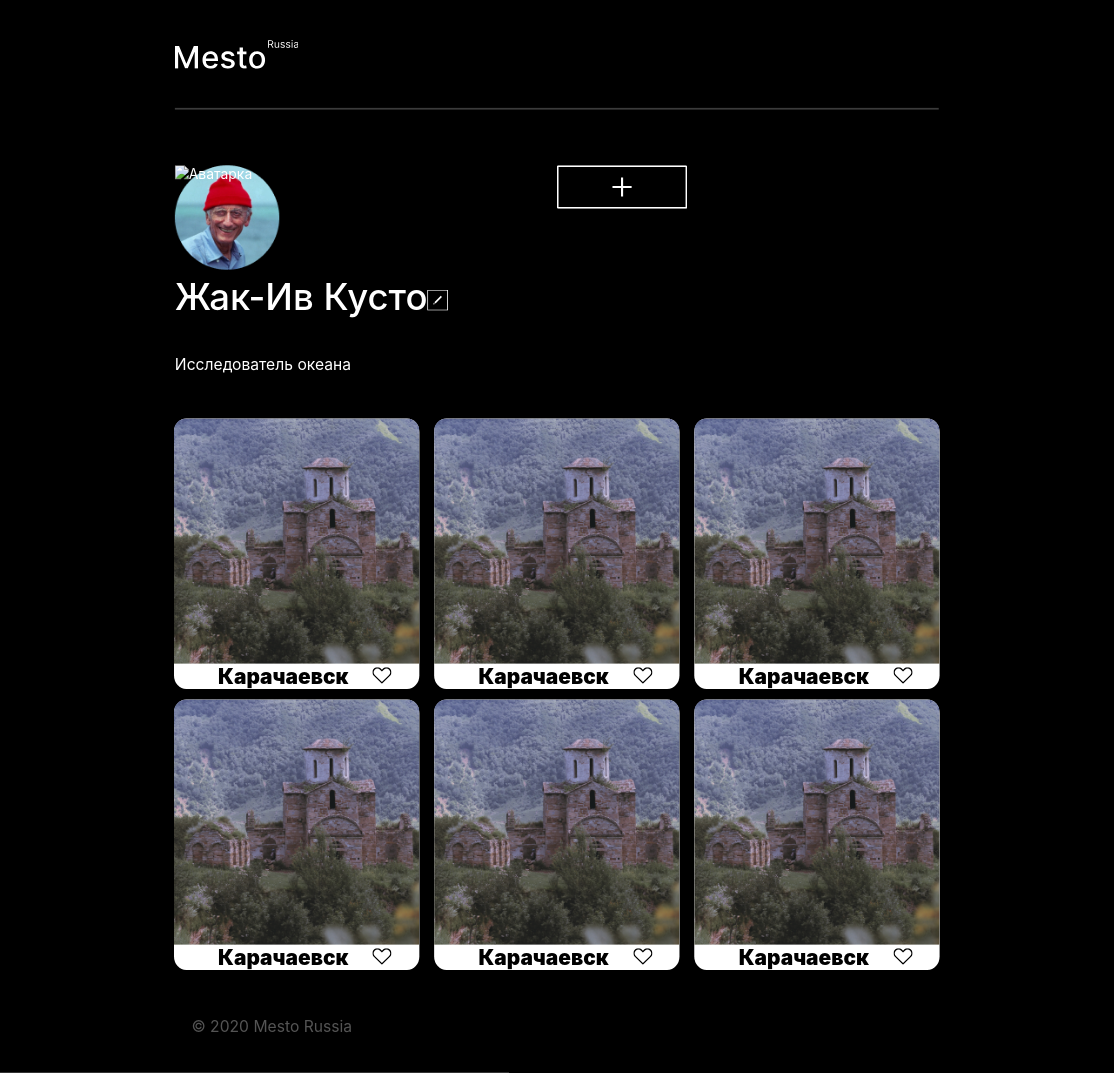
Repository: Ivan2399/mesto-project
Page: index.html
An editor plug-in stored every save of this project. The page is shown before and after the next save, followed by the edit.
The browser window is 1280 px wide. The pictures show the whole page, at 87% of full size.

Above is the page before, as saved 2021-11-16 18:33:48.

### index.html
<!DOCTYPE html>
<html lang="ru">

<head>
    <meta charset="UTF-8">
    <meta http-equiv="X-UA-Compatible" content="IE=edge">
    <meta name="viewport" content="width=device-width, initial-scale=1.0">
    <link rel="stylesheet" href="./pages/index.css" />
    <title>Mesto</title>
</head>

<body class="root">
    <div class="page">
        <header class="header">
            <div class="header__container">
                <img class="header__logo" src="images/logo/Vector.svg" alt="Логотип">
                <div class="header__line"></div>
            </div>
        </header>
        <main class="content">
            <section class="profile profile__container_mobile">

                <div class="profile__container">
                    <img class="profile__avatar" alt="Аватарка">
                    <h2 class="profile__nickname">Жак-Ив Кусто<button class="profile__buttons_type_editig"></button>
                    </h2>
                    <p class="profile__hobbyname">Исследователь океана</p>
                </div>

                <div>
                    <button class="profile__buttons_type_add"></button>
                </div>

            </section>
            <section class="table">
                <div class="table__container table__container_mobile">
                    <div class="table__card">
                        <img class="table__image" src="images/table/Karachaevsk.png" alt="Крепость">
                        <h2 class="table__title">Карачаевск <img class="table__button table__button_active"
                                src="images/buttons/Vector.svg" alt="Лайк"></h2>
                    </div>
                    <div class="table__card">
                        <img class="table__image" src="images/table/Karachaevsk.png" alt="Крепость">
                        <h2 class="table__title">Карачаевск <img class="table__button table__button_active"
                                src="images/buttons/Vector.svg" alt="Лайк"></h2>
                    </div>
                    <div class="table__card">
                        <img class="table__image" src="images/table/Karachaevsk.png" alt="Крепость">
                        <h2 class="table__title">Карачаевск <img class="table__button table__button_active"
                                src="images/buttons/Vector.svg" alt="Лайк"></h2>
                    </div>
                    <div class="table__card">
                        <img class="table__image" src="images/table/Karachaevsk.png" alt="Крепость">
                        <h2 class="table__title">Карачаевск <img class="table__button table__button_active"
                                src="images/buttons/Vector.svg" alt="Лайк"></h2>
                    </div>
                    <div class="table__card">
                        <img class="table__image" src="images/table/Karachaevsk.png" alt="Крепость">
                        <h2 class="table__title">Карачаевск <img class="table__button table__button_active"
                                src="images/buttons/Vector.svg" alt="Лайк"></h2>
                    </div>
                    <div class="table__card">
                        <img class="table__image" src="images/table/Karachaevsk.png" alt="Крепость">
                        <h2 class="table__title">Карачаевск <img class="table__button table__button_active"
                                src="images/buttons/Vector.svg" alt="Лайк"></h2>
                    </div>
                </div>
            </section>
            <section class="footer">
                <h2 class="footer__logo">© 2020 Mesto Russia</h2>
            </section>
        </main>
    </div>
</body>

</html>

### pages/index.css
@import url(../blocks/root/root.css);
@import url(../blocks/page/page.css);
@import url(../blocks/content/content.css);

/* header */

@import url(../blocks/header/header.css);
@import url(../blocks/header/__container/header__container.css);
@import url(../blocks/header/__logo/header__logo.css);
@import url(../blocks/header/__line/header__line.css);

/* profile */

@import url(../blocks/profile/profile.css);
@import url(../blocks/profile/__avatar/profile__avatar.css);
@import url(../blocks/profile/__container/profile__container.css);
@import url(../blocks/profile/__buttons/profile__buttons.css);
@import url(../blocks/profile/__buttons/_type/profile__buttons_type_add.css);
@import url(../blocks/profile/__buttons/_type/profile__buttons_type_editig.css);
@import url(../blocks/profile/__hobbyname/profile__hobbyname.css);
@import url(../blocks/profile/__nickname/profile__nickname.css);
@import url(../blocks/profile/__container/_mobile/profile__container_mobile.css);

/* table */

@import url(../blocks/table/table.css);
@import url(../blocks/table/__button/table__button.css);
@import url(../blocks/table/__card/table__card.css);
@import url(../blocks/table/__container/table__container.css);
@import url(../blocks/table/__image/table__image.css);
@import url(../blocks/table/__title/table__title.css);
@import url(../blocks/table/__container/_mobile/table__container_mobile.css);
@import url(../blocks/table/__button/_active/table__button_active.css);

/* footer */

@import url(../blocks/footer/footer.css);
@import url(../blocks/footer/__logo/footer__logo.css);

### images/buttons/Vector.svg
<svg width="22" height="19" viewBox="0 0 22 19" fill="none" xmlns="http://www.w3.org/2000/svg">
<path d="M20.2991 9.78586C22.567 7.54338 22.567 3.90213 20.2991 1.68186C18.0311 -0.560619 14.3486 -0.560619 12.0806 1.68186L10.9804 2.792L9.88007 1.70406C7.61215 -0.560619 3.92957 -0.560619 1.6841 1.68186C0.583822 2.76979 0 4.21297 0 5.74496C0 7.27695 0.606277 8.72013 1.6841 9.80806L10.9804 19L20.2991 9.78586ZM1.4371 5.74496C1.4371 4.59042 1.8862 3.52469 2.71702 2.72539C3.5703 1.88168 4.67058 1.45983 5.77086 1.45983C6.87114 1.45983 7.97142 1.88168 8.8247 2.72539L10.9804 4.83465L13.136 2.70318C14.8201 1.03798 17.582 1.03798 19.2437 2.70318C20.0521 3.50248 20.5236 4.56821 20.5236 5.72276C20.5236 6.8773 20.0745 7.94303 19.2437 8.74233L10.9804 16.9351L2.71702 8.76453C1.90865 7.94303 1.4371 6.8773 1.4371 5.74496Z" fill="black"/>
</svg>

### blocks/root/root.css
.root{
    margin: 0;
    padding: 0;
    font-family: "Inter";
    color: #FFFFFF;
}
h1,h2,h3,h4,h5,h6,p{
    margin: 0;
    padding: 0;
    font-family: "Inter";
    color: #FFFFFF;
}

### blocks/page/page.css
.page {
  background-color: #000000;
  max-width: 1280px;
  margin: auto;
}

### blocks/header/header.css
.header{
    display: grid;
}

### blocks/header/__container/header__container.css
.header__container {
  margin: 0 15.7% 0 15.7%;
  max-width: 880px;
  width: 68.6%;
}

### blocks/header/__logo/header__logo.css
.header__logo{
    margin: 5.2% 0 4.7% 0;
}
@media screen and (min-width:300px) and (max-width:600px){
    .header__logo{
        width:103.74px;
        height:24.24px;
    }
}

### blocks/header/__line/header__line.css
.header__line{
    border: 1px solid #545454;
    opacity: 0.7;
}

### blocks/profile/profile.css
.profile {
  display: grid;
  margin: 5% 15.7% 0 15.7%;
  max-width: 880px;
  width: 68.6%;
}

### blocks/profile/__avatar/profile__avatar.css
.profile__avatar{
    width:168.75px;
    height:127.5px;
    background-image: url(../../../images/avatar/Avatar.png);
    background-repeat: no-repeat;
}

### blocks/profile/__container/profile__container.css
.profile__container {
  display: flex;
  align-items: center;
  flex-direction: row;
  flex-wrap: wrap;
}

### blocks/profile/__buttons/profile__buttons.css
.profile__buttons{
    display: flex;
    flex-direction: row;
    justify-content: space-between;
    align-items: center;
}

### blocks/profile/__buttons/_type/profile__buttons_type_add.css
.profile__buttons_type_add {
  width: 150px;
  height: 50px;
  background-image: url(../../../../images/buttons/Add\ Button.svg);
  background-color: black;
  border: none;
  background-size: cover;
  background-repeat: no-repeat;

  margin-bottom: 6.7%;
}
.profile__buttons_type_add:hover {
  opacity: 0.6;
  border: 2px solid #ffffff;
  box-sizing: border-box;
  border-radius: 2px;
}

### blocks/profile/__buttons/_type/profile__buttons_type_editig.css
.profile__buttons_type_editig {
  width: 24px;
  height: 24px;
  background-image: url(../../../../images/buttons/Edit\ Button.svg);
  background-color: black;
  border: none;
  background-size: cover;
  background-repeat: no-repeat;
  margin-bottom: 6.7%;
  grid-column: 2;
  grid-row: 1;
}
.profile__buttons_type_editig:hover {
  border: 1px solid #ffffff;
  box-sizing: border-box;
}

### blocks/profile/__hobbyname/profile__hobbyname.css
.profile__hobbyname {
  font-style: normal;
  font-weight: normal;
  font-size: 18px;
  line-height: 22px;
  grid-column: 2;
  padding-top: 6.7%;
}

### blocks/profile/__nickname/profile__nickname.css
.profile__nickname {
  font-style: normal;
  font-weight: 500;
  font-size: 42px;
  line-height: 48px;
}

### blocks/profile/__container/_mobile/profile__container_mobile.css
.profile__container_mobile{
    grid-template-columns: repeat(auto-fit,minmax(200px,1fr));
}

### blocks/table/table.css
.table{
    max-width:880px;
    margin:4% auto 0;
}

### blocks/table/__button/table__button.css
.table__button {
  width: 22px;
  height: 19px;
  /* background-image: url(../../../images/buttons/Vector.svg);
  border: none;
  background-color: white;
  background-size: cover;
  background-repeat: no-repeat; */
  align-self: flex-end;
  margin-left: 10%;
}
.table__button:hover {
  color: #000000;
  opacity: 0.5;
}

### blocks/table/__card/table__card.css
.table__card{
    max-width: 282px;
    background-color: white;

    border-radius: 5%;

    display: flex;
    flex-direction: column;
}

### blocks/table/__container/table__container.css
.table__container{
    display: grid;
    grid-template-columns: repeat(3,1fr);
    gap:2%;
}

### blocks/table/__image/table__image.css
.table__image{
    max-width: 282px;
    max-height: 282px;
    border-radius: 5% 5% 0 0 ;
}

### blocks/table/__title/table__title.css
.table__title {
  max-width: 246px;
  font-style: normal;
  font-weight: 900;
  font-size: 24px;
  line-height: 29px;

  margin-left: 18%;
  color: #000000;
}

### blocks/table/__container/_mobile/table__container_mobile.css
.table__container_mobile{
    grid-template-columns: repeat(auto-fit, minmax(280px, 1fr));
}

### blocks/table/__button/_active/table__button_active.css
.table__button_active:active{
    background-image: url(../../../../images/buttons/Union.png);
    color: black;
}

### blocks/footer/footer.css
.footer{
    max-width: 840px;
    margin: auto;
}

### blocks/footer/__logo/footer__logo.css
.footer__logo {
  font-style: normal;
  font-weight: normal;
  font-size: 18px;
  line-height: 22px;

  color: #545454;
  margin-top: 8%;
  padding-bottom: 5%;
}

Loaded but not shown: blocks/content/content.css (no stored copy; drawn as an empty file)

After the next save:
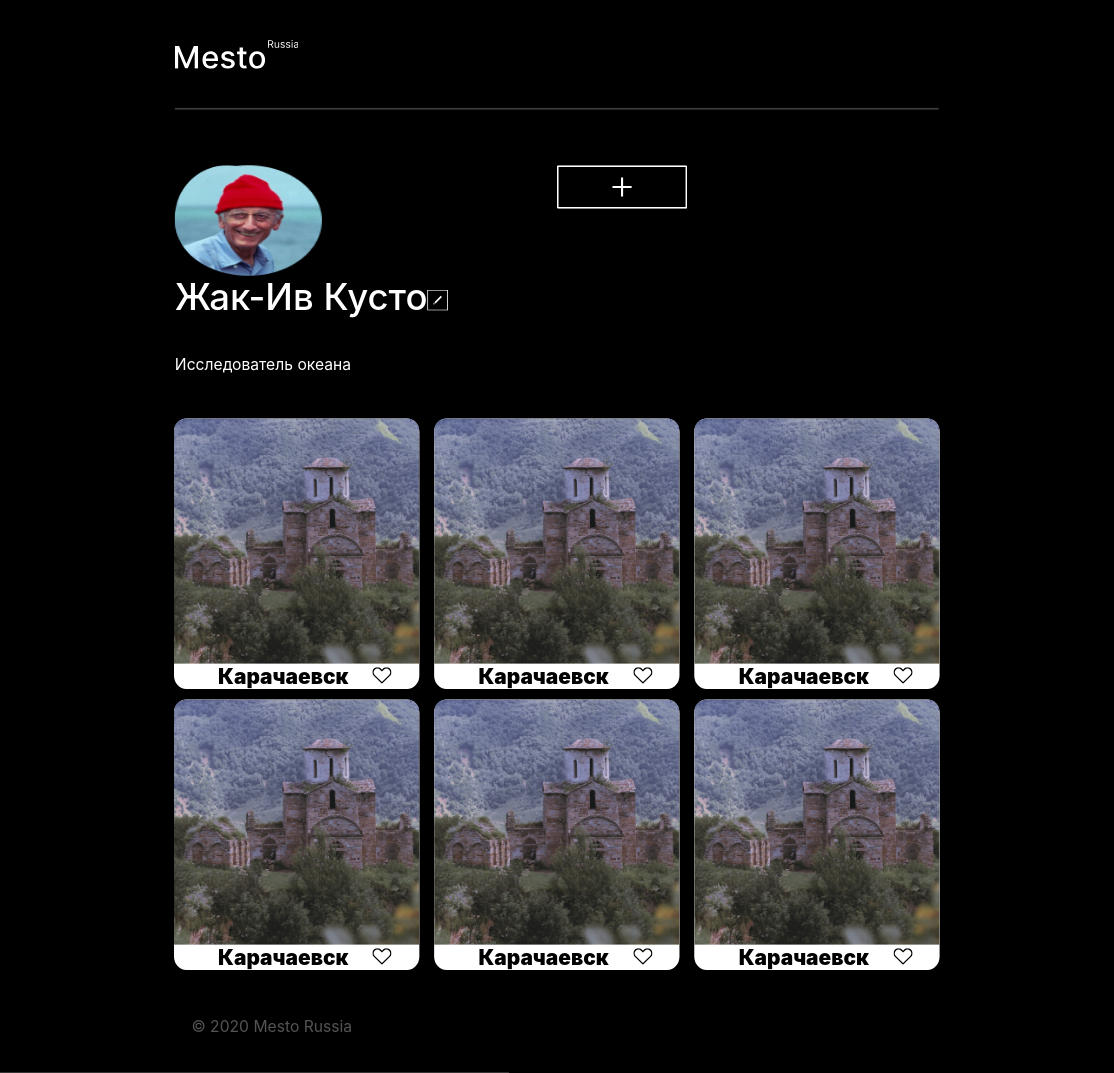
Saved 10 s later.
--- a/index.html
+++ b/index.html
@@ -21,7 +21,7 @@
             <section class="profile profile__container_mobile">
 
                 <div class="profile__container">
-                    <img class="profile__avatar" alt="Аватарка">
+                    <img class="profile__avatar" src="images/avatar/Avatar.png" alt="Аватарка">
                     <h2 class="profile__nickname">Жак-Ив Кусто<button class="profile__buttons_type_editig"></button>
                     </h2>
                     <p class="profile__hobbyname">Исследователь океана</p>
